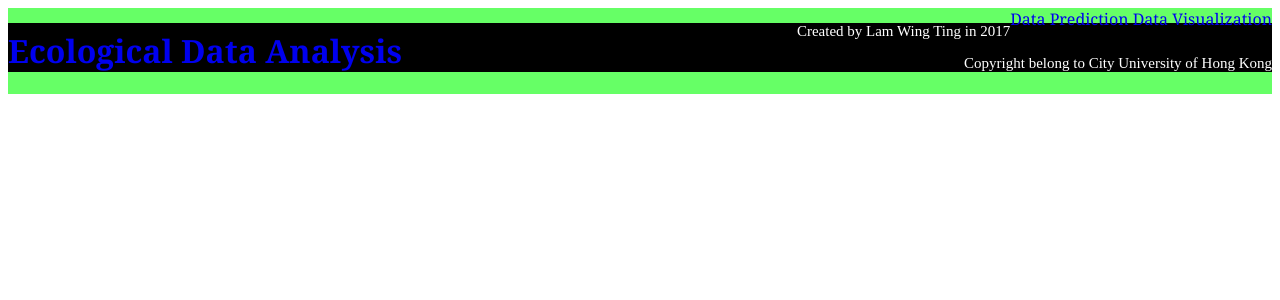
Repository: JenniferLam/FYP
Page: http://localhost/FYP_webapp/prediction/dataPred.html
These files come from the project's save history. The page is drawn as it stood at one moment and after the next save; the edit follows.
The browser window is 1280 px wide. The pictures show the whole page.
The page is served by Tomcat 9. Other server files are loaded and not shown.

Above is the page before, as saved 2018-01-29 22:16:14.

### WebAppDev/FYP_webapp/WebContent/prediction/dataPred.html
<!DOCTYPE html PUBLIC "-//W3C//DTD HTML 4.01 Transitional//EN" "http://www.w3.org/TR/html4/loose.dtd">
<html>
<head>
<meta http-equiv="Content-Type" content="text/html; charset=BIG5">
<link href="dataPred.css" type="text/css" rel="stylesheet">
<link href="../common.css" type="text/css" rel="stylesheet">
<title>Data Prediction</title>
</head>


<body>
	<div id="header">
		<h1><a href="../main/main.html">Ecological Data Analysis</a></h1>
		<div id="shortcut">
			<a href="../prediction/dataPred.html">Data Prediction</a>
			<a href="../visualization/dataVisual.html">Data Visualization</a>
		</div>

		<div id="footer">
			<p>Created by Lam Wing Ting in 2017</p>
			<p>Copyright belong to City University of Hong Kong</p>
		</div>
</body>
</html>

### WebAppDev/FYP_webapp/WebContent/common.css
body{
	font-family:Georgia, serif;
}
a{
	text-decoration: none;
}
a:visited
{
    text-decoration: none;
    color:black;
}
#header{
	width:100%;
	display:inline-block;
	background-color: rgb(102, 255, 102);
}
nav{
	display:inline;
	float:right;

}
h1{
	float:left;

}
#shortcut{
	float:right;
}
#footer{
	background-color:black;
	width:100%;
	color: white;
	text-align:right;
	font-family:Times New Roman, Times, serif;
	font-size:15px;
}

Loaded but not shown: WebAppDev/FYP_webapp/WebContent/prediction/dataPred.css (no copy from this time; the picture is the same without it)

After the next save:
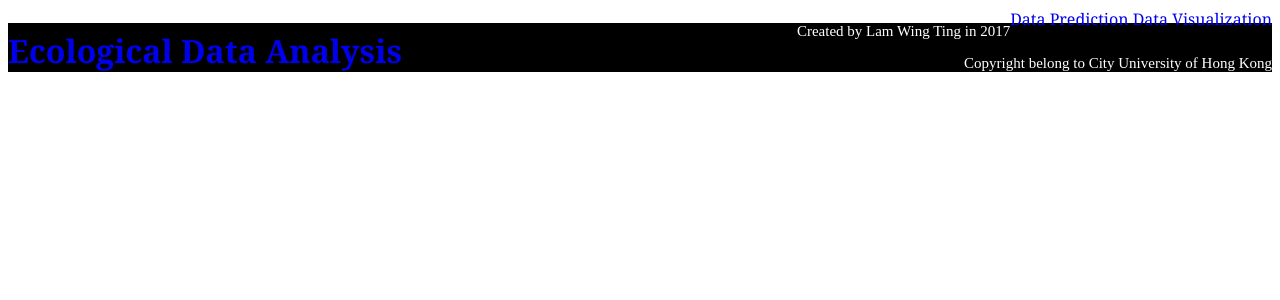
Saved 19 s later.
--- a/WebAppDev/FYP_webapp/WebContent/common.css
+++ b/WebAppDev/FYP_webapp/WebContent/common.css
@@ -12,7 +12,7 @@ a:visited
 #header{
 	width:100%;
 	display:inline-block;
-	background-color: rgb(102, 255, 102);
+	/*background-color: rgb(102, 255, 102);*/
 }
 nav{
 	display:inline;
